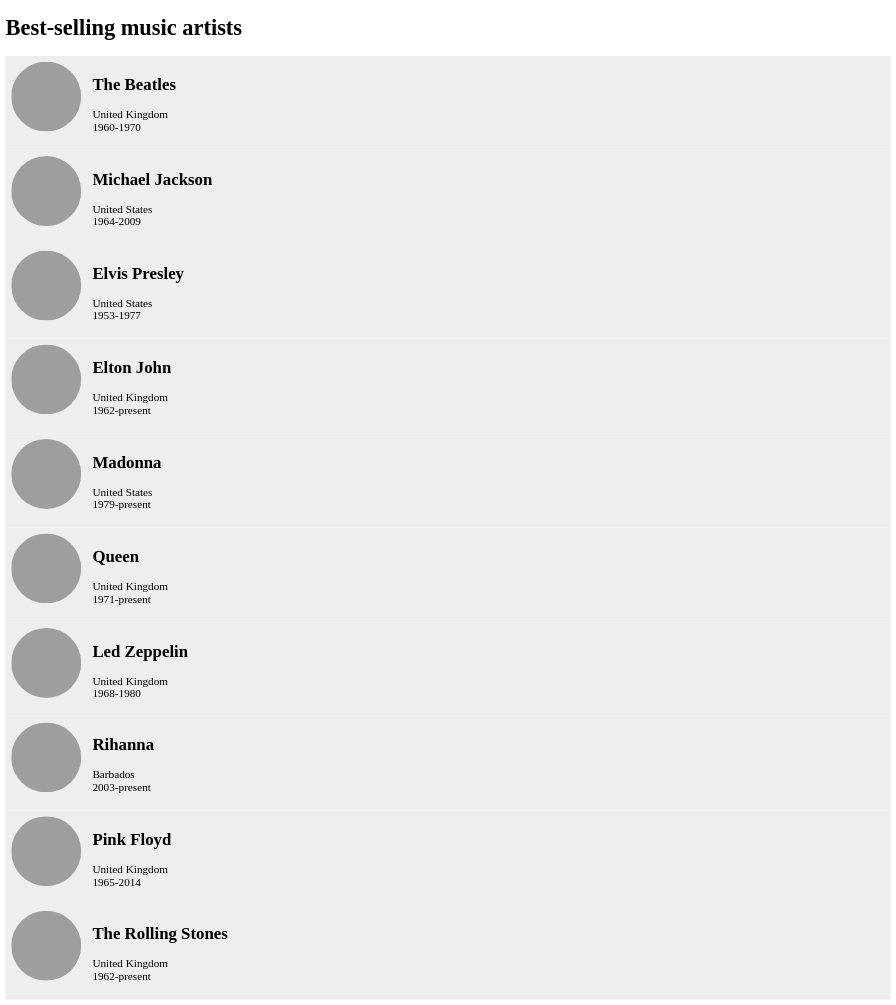
Repository: MonicaNguyenH/Frontend_Week3_Lab2_HW
Page: /
The author's editor kept a copy of each file at every save. The page is drawn from the files as they stood at one save, then again after the next save.
The browser window is 1280 px wide. The pictures show the part of the page from y = 0 to 1920 px (the page is 1436 px tall before and 13768 px after), at 70% of full size.
Pictures or frames that could not be fetched are drawn as grey boxes. The project was rebuilt for these pictures with package versions that can differ from the ones it lists, and the page was loaded fresh each time. Also part of the build but not shown: vite.config.js.

Above is the page before, as saved 2024-09-19 23:49:43.

### src/App.jsx
import { artists } from './best-selling-music-artists';
import ArtistDetails from './components/ArtistDetails';

function App() {

  const artistList = artists.map(artist => <ArtistDetails key={artist.name} artist={artist} />);
  // const productList = PRODUCTS.map(product => <Product key={product.name} product={product} />);

  return (
    <div className="app">
      <header>
        <h1>Best-selling music artists</h1>
      </header>
      <main>
        {artistList}
      </main>
    </div>
  );
}

export default App;

### src/index.css
.artist-card {
    display: flex;
    gap: 1em;
    background-color: #eee;
    padding: 0.5em;
}

.artist-url img {
    width: 100px;
    height: 100px;
    overflow: hidden;
    border-radius: 50%;
}

### src/best-selling-music-artists.js
export const artists = [
    {
        name: 'The Beatles',
        photo_url: "https://upload.wikimedia.org/wikipedia/commons/9/9f/Beatles_ad_1965_just_the_beatles_crop.jpg",
        country: "United Kingdom",
        years_active: "1960-1970",
    },
    {
        name: 'Michael Jackson',
        photo_url: "https://upload.wikimedia.org/wikipedia/commons/8/83/Michael_Jackson_Dangerous_World_Tour_1993_cropped.png",
        country: "United States",
        years_active: "1964-2009",
    },
    {
        name: 'Elvis Presley',
        photo_url: "https://upload.wikimedia.org/wikipedia/commons/1/16/Elvis_Presley_1973_RCA_Records_and_Tapes_publicity_2_-_cropped.png",
        country: "United States",
        years_active: "1953-1977",
    },
    {
        name: 'Elton John',
        photo_url: "https://upload.wikimedia.org/wikipedia/commons/7/74/Elton_John_1980.png",
        country: "United Kingdom",
        years_active: "1962-present",
    },
    {
        name: 'Madonna',
        photo_url: "https://upload.wikimedia.org/wikipedia/commons/4/47/Madonna_II_A_1_%28cropped%29.jpg",
        country: "United States",
        years_active: "1979-present",
    },
    {
        name: 'Queen',
        photo_url: "https://upload.wikimedia.org/wikipedia/commons/a/ac/FreddieMercuryNov1977.jpg",
        country: "United Kingdom",
        years_active: "1971-present",
    },
    {
        name: 'Led Zeppelin',
        photo_url: "https://upload.wikimedia.org/wikipedia/commons/c/cc/Robert_Plant_at_the_Palace_Theatre%2C_Manchester.jpg",
        country: "United Kingdom",
        years_active: "1968-1980",
    },
    {
        name: 'Rihanna',
        photo_url: "https://upload.wikimedia.org/wikipedia/commons/b/b3/Rihanna_concert_in_Washington_DC_%28cropped%29.jpg",
        country: "Barbados",
        years_active: "2003-present",
    },
    {
        name: 'Pink Floyd',
        photo_url: "https://upload.wikimedia.org/wikipedia/commons/f/f2/David_Gilmour_Argentina_2015_%28cropped%29.jpg",
        country: "United Kingdom",
        years_active: "1965-2014",
    },
    {
        name: 'The Rolling Stones',
        photo_url: "https://upload.wikimedia.org/wikipedia/commons/0/06/Keith_Richards%2C_Mick_Jagger_performing_with_Rolling_Stones_at_Prudential_Center_2012-12-13.jpg",
        country: "United Kingdom",
        years_active: "1962-present",
    },
];

### src/components/ArtistDetails.jsx
export default function ArtistDetails(props) {

    const {artist} = props;

    return (
        <div className="artist-card">
            <div className="artist-url">
                <img src={artist.photo_url} alt="" />
            </div>
            <div className="artist-bio">
                <h2 className="artist-name">{artist.name}</h2>
                <p>
                    <span className="artist-country">{artist.country}</span>
                    <br/>
                    <span className="artist-years-active">{artist.years_active}</span>
                </p>
            </div>
        </div>
    )
}

Loaded but not shown: index.html (common file); src/main.jsx (common file)

After the next save:
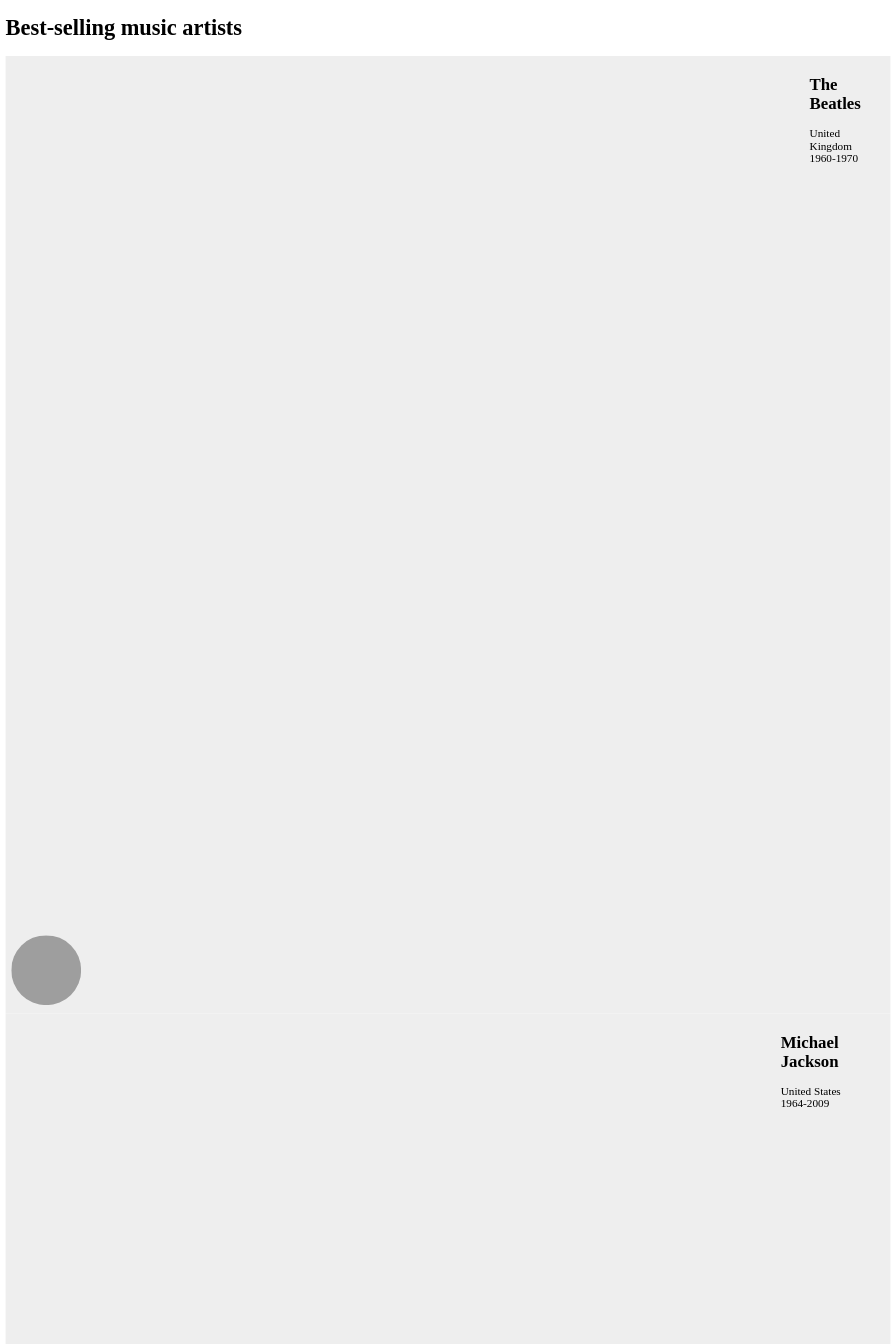
Saved 42 s later.
--- a/src/index.css
+++ b/src/index.css
@@ -5,9 +5,15 @@
     padding: 0.5em;
 }
 
+.artist-url {
+    position: relative;
+    width: 100%;
+    padding-top: 100%;
+    overflow: hidden;
+}
+
 .artist-url img {
     width: 100px;
     height: 100px;
-    overflow: hidden;
     border-radius: 50%;
 }
